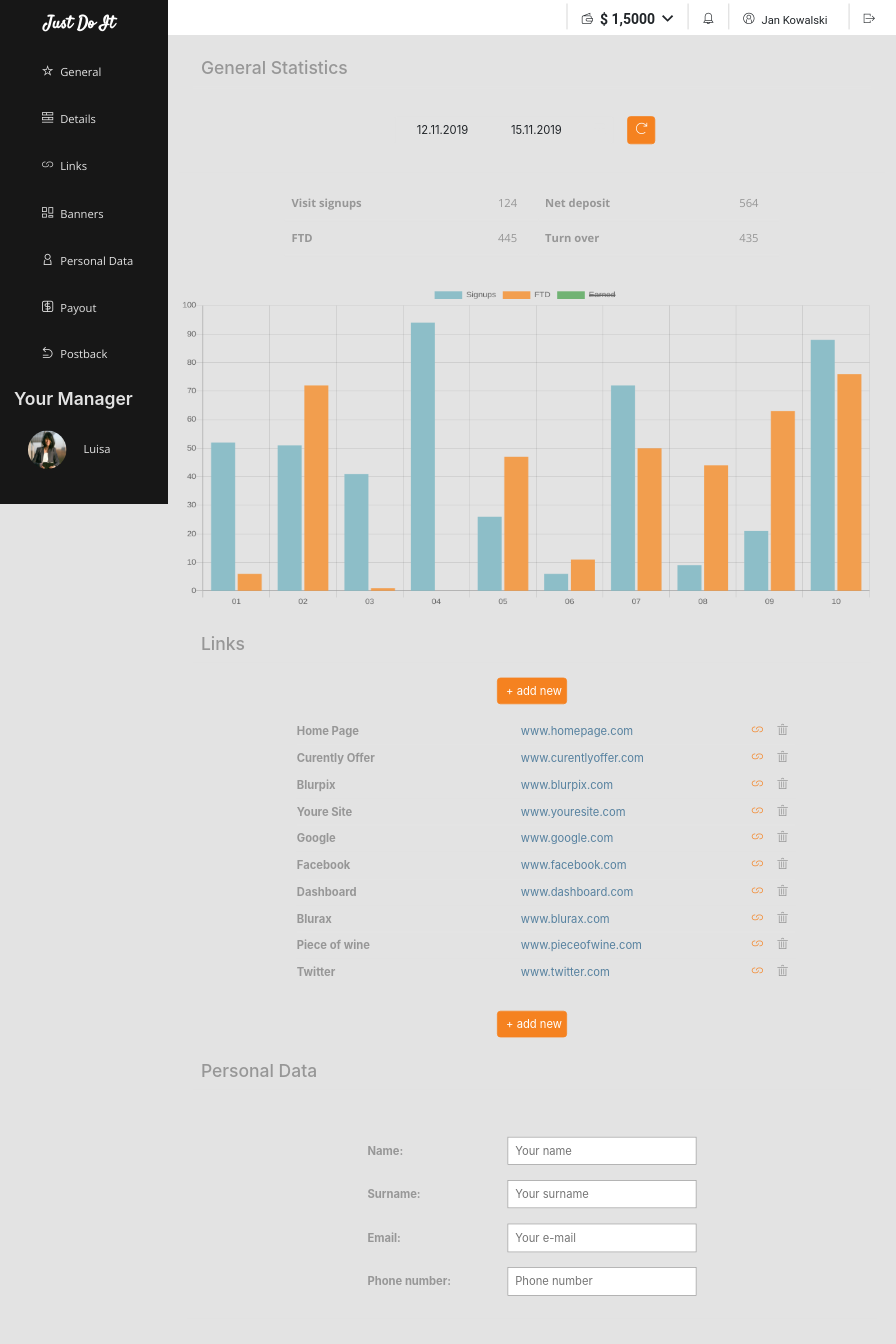
Repository: OllaWilk/wwwJustDoIt
Page: index.html
These files come from the project's save history. The page is drawn as it stood at one moment and after the next save; the edit follows.
The browser window is 1280 px wide. The pictures show the part of the page from y = 0 to 1920 px (the page is 2656 px tall before and 2676 px after), at 70% of full size.
Some web libraries are served in a nearby version. The style sheet was rebuilt from its Sass, Less or Tailwind sources for each picture, by a compiler version that may differ from the author's.

Above is the page before, as saved 2019-12-29 23:35:54.

After the next save:
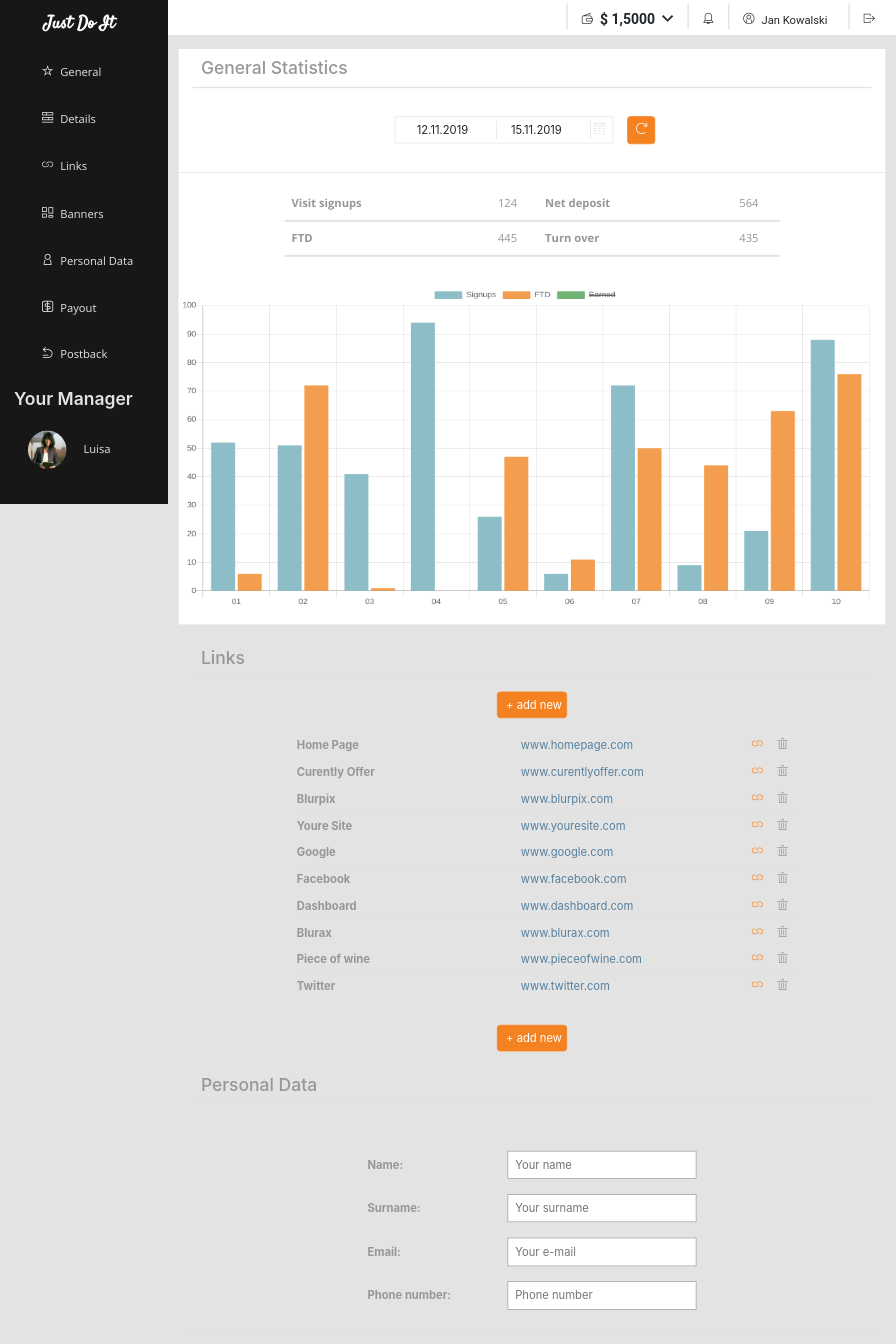
Saved 56 s later.
--- a/index.html
+++ b/index.html
@@ -64,7 +64,7 @@
         </header>
 
         <section class = "container">
-            <div id = "page-1" class="page active">
+            <div id = "page-1" class="page active generalStatistics">
                 <h2  class="title">General Statistics</h2>
                 <div class="dates">
                     <div class="datesConteiner">
--- a/sass/pages/_mainPage.scss
+++ b/sass/pages/_mainPage.scss
@@ -1,7 +1,7 @@
 .generalStatistics {
     background-color: $color-light;
     margin-bottom: 20px;
-    display: none;
+    //display: none;
 }
 
 
